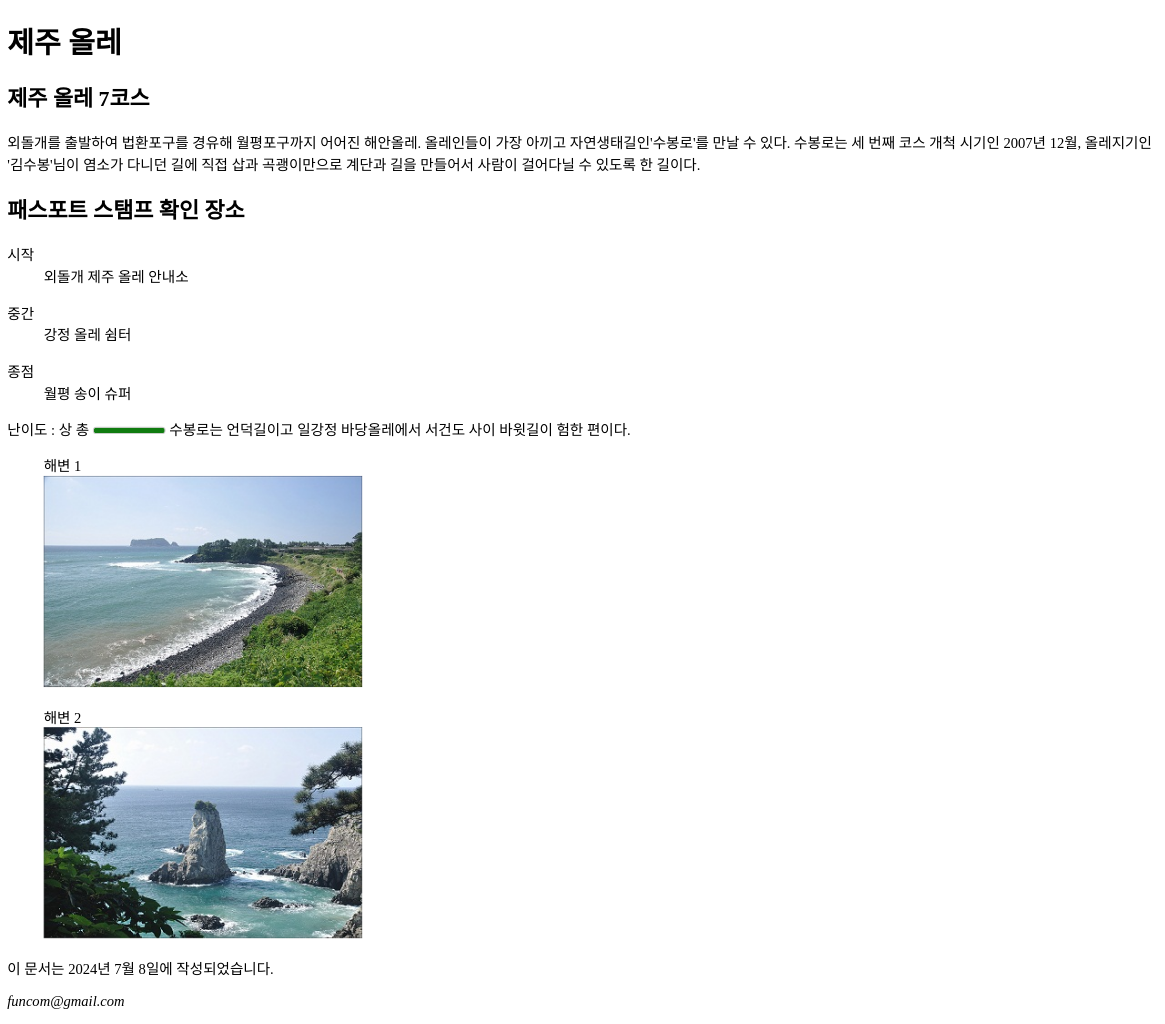
Repository: jinaa11/Kcc_Web
Page: Html/WebContent/sample2.html
An editor plug-in stored every save of this project. The page is shown before and after the next save, followed by the edit.
The browser window is 1280 px wide. The pictures show the whole page, at 91% of full size.

Above is the page before, as saved 2024-07-08 07:36:29.

### Html/WebContent/sample2.html
<!DOCTYPE html>
<html>
<head>
<meta charset="UTF-8">
<title>Insert title here</title>
</head>
<body>
<header>
	<h1>제주 올레</h1>
</header>

<section>
	<h2>제주 올레 7코스</h2>
	<p>
		외돌개를 출발하여 법환포구를 경유해 월평포구까지 어어진 해안올레.
  		올레인들이 가장 아끼고 자연생태길인'수봉로'를 만날 수 있다.
  		수봉로는 세 번째 코스 개척 시기인 2007년 12월, 올레지기인 '김수봉'님이 염소가 다니던 길에 직접 삽과 곡괭이만으로 계단과 길을 만들어서 사람이 걸어다닐 수 있도록 한 길이다.
	</p>
</section>

<article>
	<header>
		<h2>패스포트 스탬프 확인 장소</h2>
	</header>
	<div>
		<dl>
			<dt>시작</dt>
			<dd>외돌개 제주 올레 안내소</dd>
		</dl>
		<dl>
			<dt>중간</dt>
			<dd>강정 올레 쉼터</dd>
		</dl>
		<dl>
			<dt>종점</dt>
			<dd>월평 송이 슈퍼</dd>
		</dl>
	</div>
	<div>
		<!-- 거리 태그 -->
		난이도 : 상 총 <meter value="16400">16.4km(4~5시간)</meter>
		수봉로는 언덕길이고 일강정 바당올레에서 서건도 사이 바윗길이 험한 편이다.
	</div>
</article>

<div>
	<figure>
		<figcaption>해변 1</figcaption>
		<img src="images/road1.jpg">
	</figure>
	<figure>
		<figcaption>해변 2</figcaption>
		<img src="images/road2.jpg">
	</figure>
</div>

<footer>
	<div>
		<!-- 시간 태그 -->
		이 문서는 <time datetime="2024-07-08">2024년 7월 8일</time>에 작성되었습니다.
		<!-- 주소 태그 -->
		<address>

		<p>funcom@gmail.com</p>
	</address>
	</div>

</footer>
</body>
</html>

After the next save:
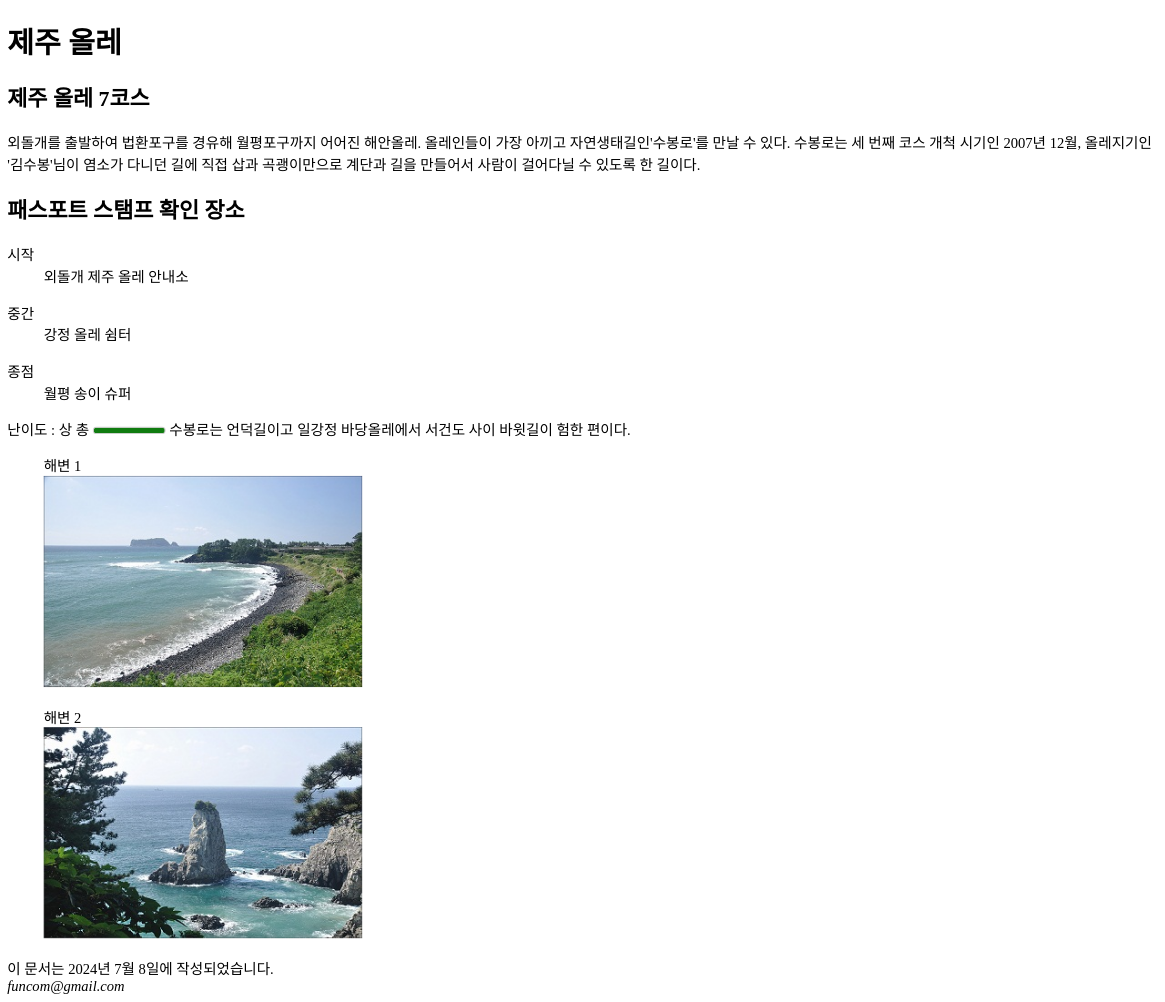
Saved 13 s later.
--- a/Html/WebContent/sample2.html
+++ b/Html/WebContent/sample2.html
@@ -59,10 +59,7 @@
 		<!-- 시간 태그 -->
 		이 문서는 <time datetime="2024-07-08">2024년 7월 8일</time>에 작성되었습니다.
 		<!-- 주소 태그 -->
-		<address>
-
-		<p>funcom@gmail.com</p>
-	</address>
+		<address>funcom@gmail.com</address>
 	</div>
 
 </footer>
